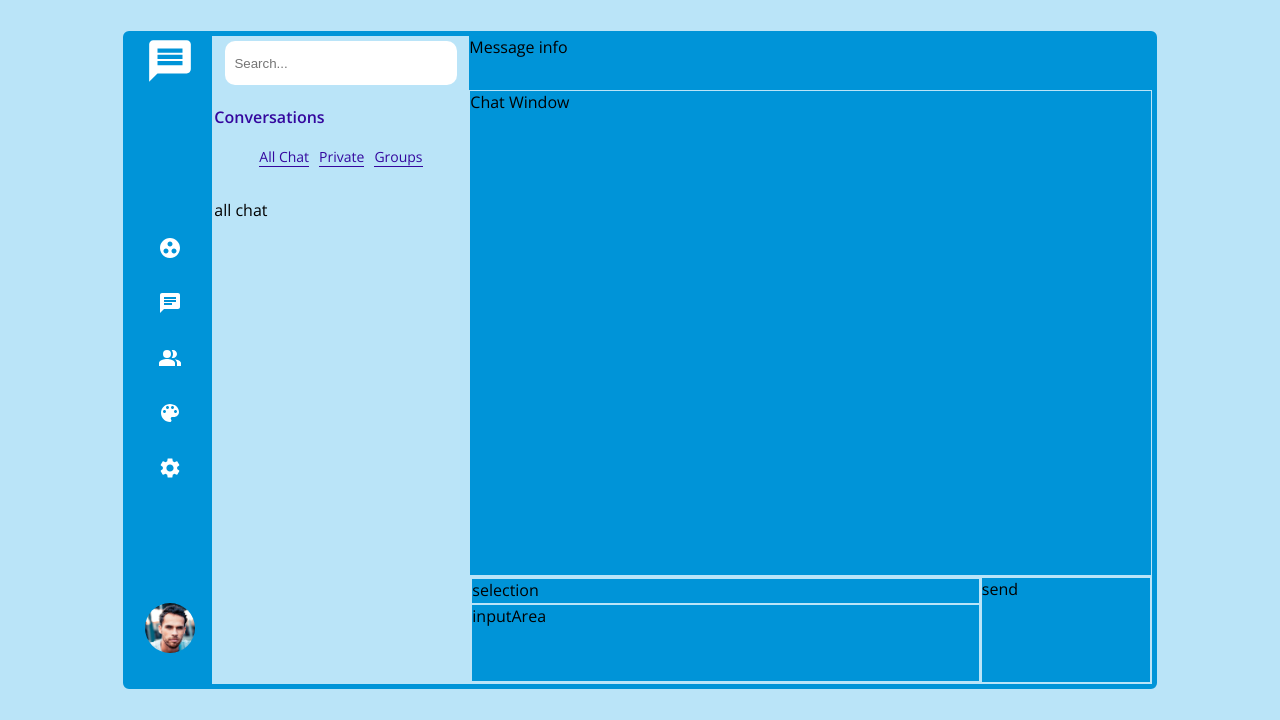
Repository: arafat877/super-chat
Page: /
The author's editor kept a copy of each file at every save. The page is drawn from the files as they stood at one save, then again after the next save.
The browser window is 1280 px wide. The pictures show the whole page.
The project was rebuilt for these pictures with package versions that can differ from the ones it lists, and the page was loaded fresh each time.

Above is the page before, as saved 2020-08-05 00:22:05.

After the next save:
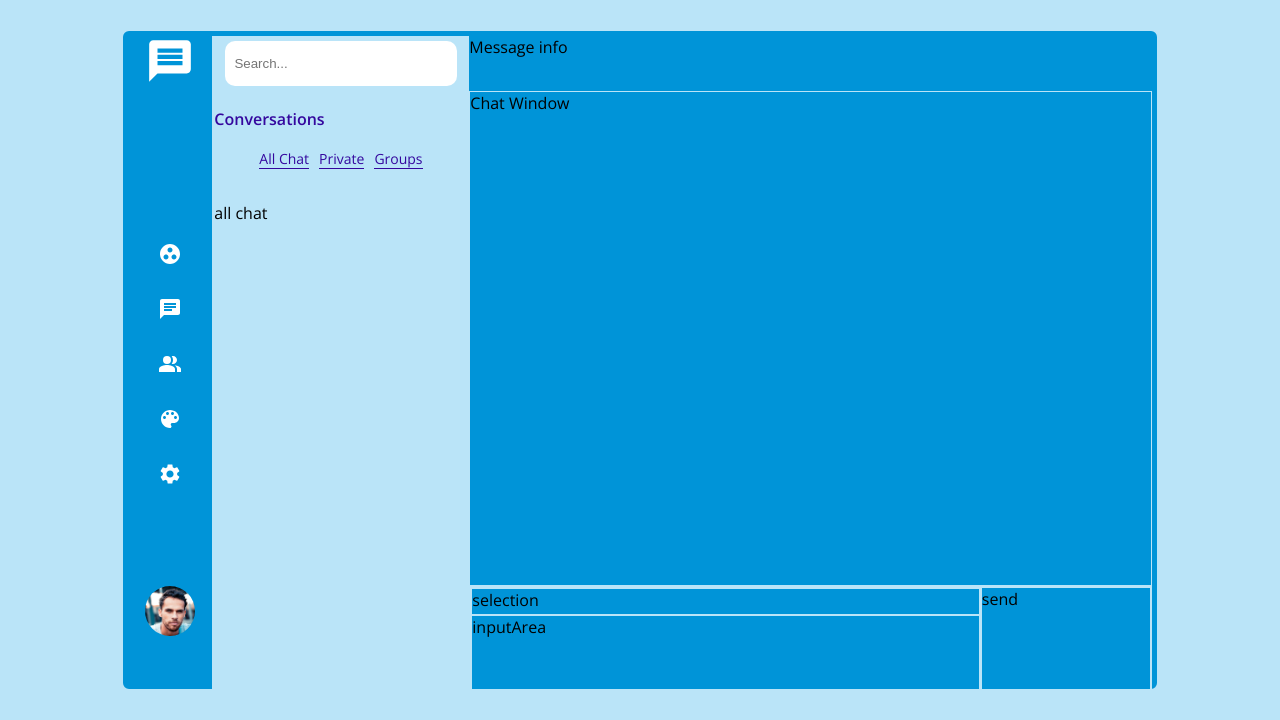
Saved 2 min 49 s later.
--- a/src/App.scss
+++ b/src/App.scss
@@ -65,7 +65,7 @@
 
       .mcPhoto {
         grid-row-start: 11;
-        grid-row-end: 13;
+        grid-row-end: 12;
         margin: auto;
 
         .profilePicture{

After the save that followed:
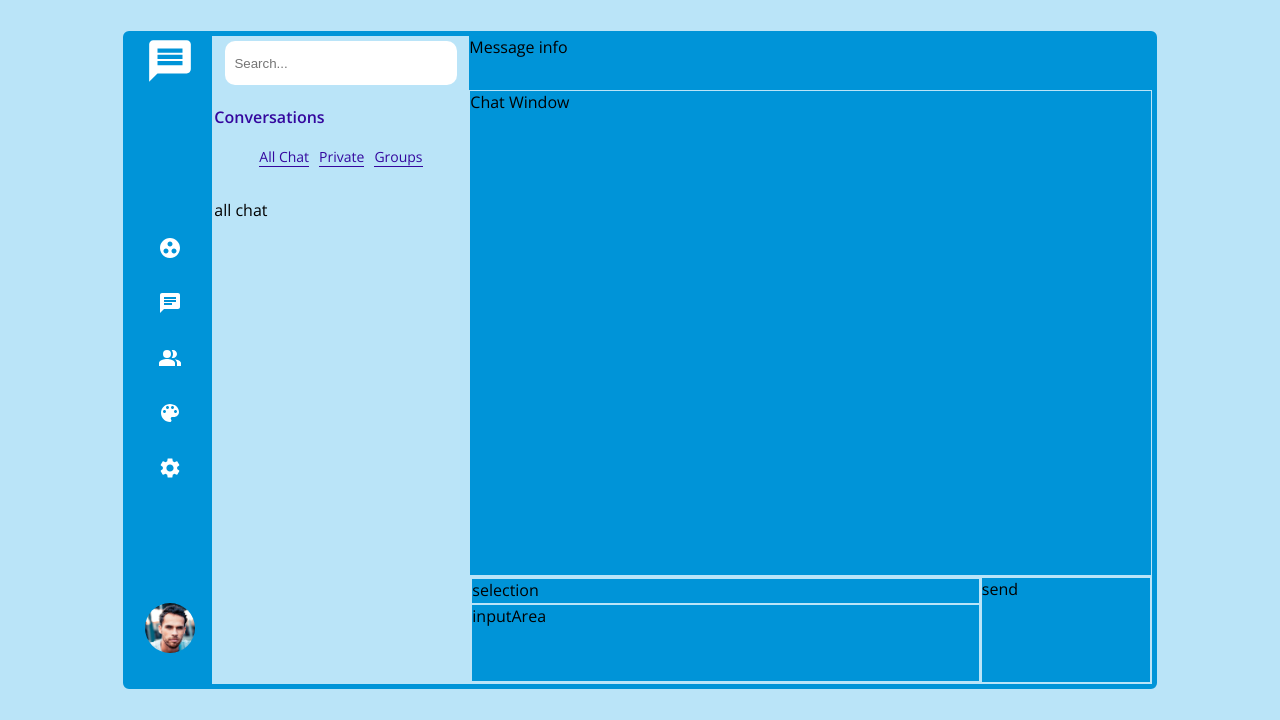
Saved 11 s later.
--- a/src/App.scss
+++ b/src/App.scss
@@ -65,7 +65,7 @@
 
       .mcPhoto {
         grid-row-start: 11;
-        grid-row-end: 12;
+        grid-row-end: 13;
         margin: auto;
 
         .profilePicture{
